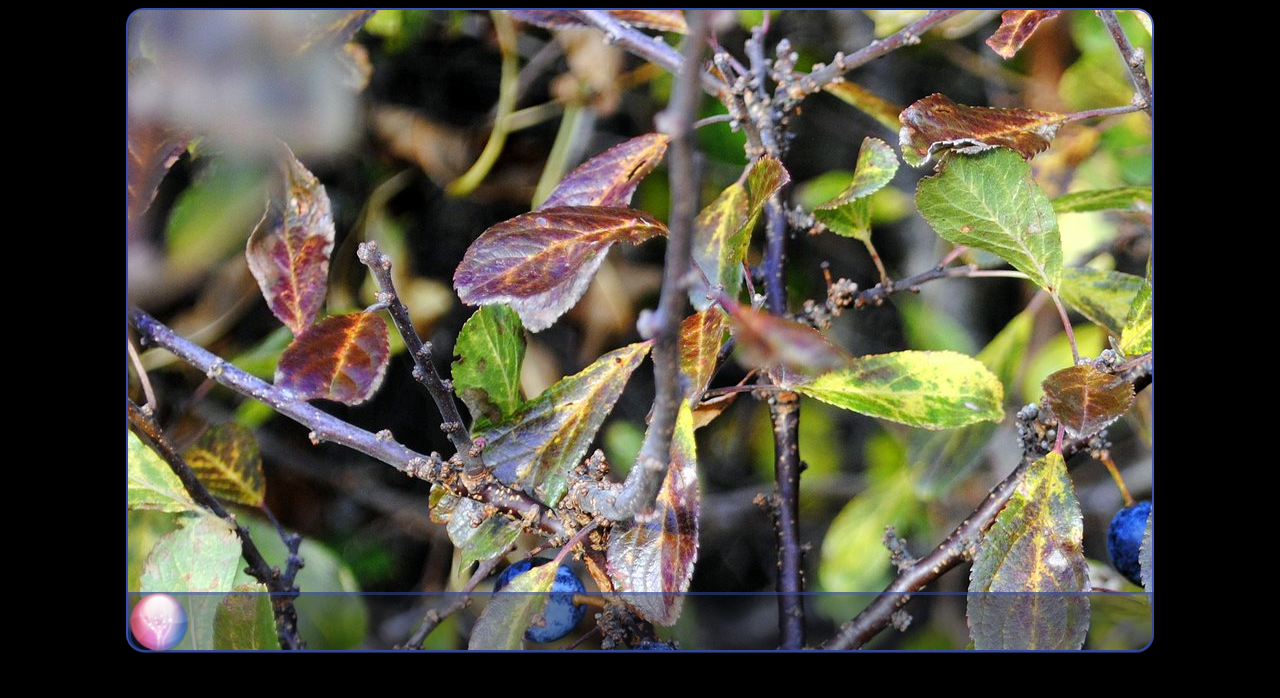
Repository: js223mx/js223mx-1dv403-laborationer
Page: 5-pwd/index.html
The author's editor kept a record of every edit. The page is drawn from the files as they stood at one moment, then again after the next edit.
The browser window is 1280 px wide. The pictures show the whole page.
The pointer rests on the first visible `.iconImg`.

Above is the page before.

### 5-pwd/index.html
<!DOCTYPE html>
<html lang="sv">
	<head>
	    <meta charset="utf-8" />
		<title>Projektuppgift</title>
		<link rel="stylesheet" href="css/style.css"/>
	</head>
	<body>
		<main id=Mymain>
		<footer id="Myfooter">
			<a class = "icon" id="menuicon" href="#" title="Välj ny bakgrund"><img class="iconImg" src="css/menuicon.png" /></a>
		</footer>
		</main>
	</body>
</html>

### 5-pwd/css/style.css
html{
  height: 100%;
}
body{
    background-color: black;
}
#Mymain{
    display: block;
    width: 1024px;
    height: 640px;
    border: 2px solid hsla(228,50%,50%,0.9);
    border-top-style: solid;
    border-right-style: solid;
    border-left-style: solid;
    border-top-right-radius: 18px;
    border-top-left-radius: 18px;
    border-bottom-right-radius: 18px;
    border-bottom-left-radius: 18px;
    background-image:url('slanbar.jpg');
    background-repeat: no-repeat;
    margin-right:auto;
    margin-left: auto;

}
#Myfooter{
    width:1020px;
    height:55px;
    margin-left:auto;
    margin-right: auto;
    margin-top: 582px;
    border: solid hsla(228,50%,50%,0.4);
    background-color:hsla(228,25%,10%,0.4);

    border-bottom-left-radius: 18px;
    border-bottom-right-radius: 18px;
    bottom:0;
    left:0;
}
.iconImg{
    margin-top: 3px;
    margin-left:3px;
   -webkit-transition:-webkit-tranform.2s ease-in-out;
}
.iconImg:hover{

    -webkit-transform: scale(1.5);
    -ms-transform: scale(1.5);
    -moz-transform: scale(1.5);
    -o-transform: scale(1.5);
    transform: scale(1.5);
    z-index: 1;
 }
 .iconImg:hover{
    -webkit-transform:scale(1.2);
 }

After the next edit:
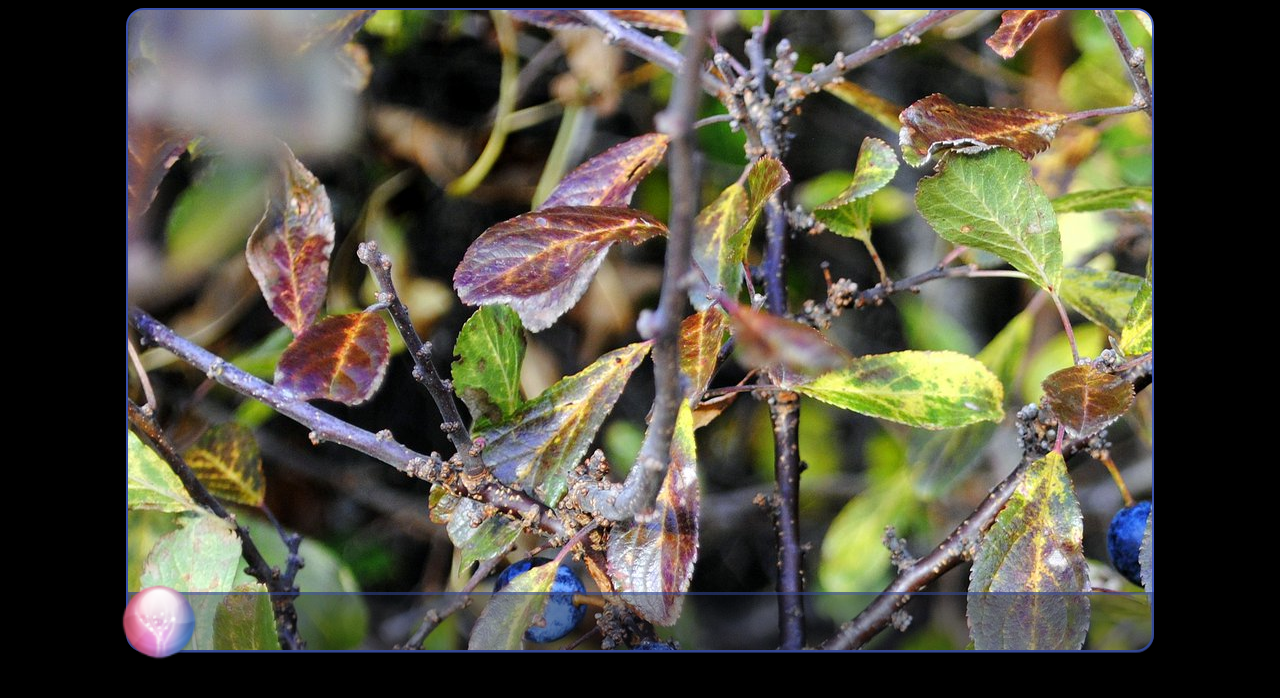
The edit:
--- a/5-pwd/css/style.css
+++ b/5-pwd/css/style.css
@@ -50,6 +50,3 @@
     transform: scale(1.5);
     z-index: 1;
  }
- .iconImg:hover{
-    -webkit-transform:scale(1.2);
- }

After the edit that followed:
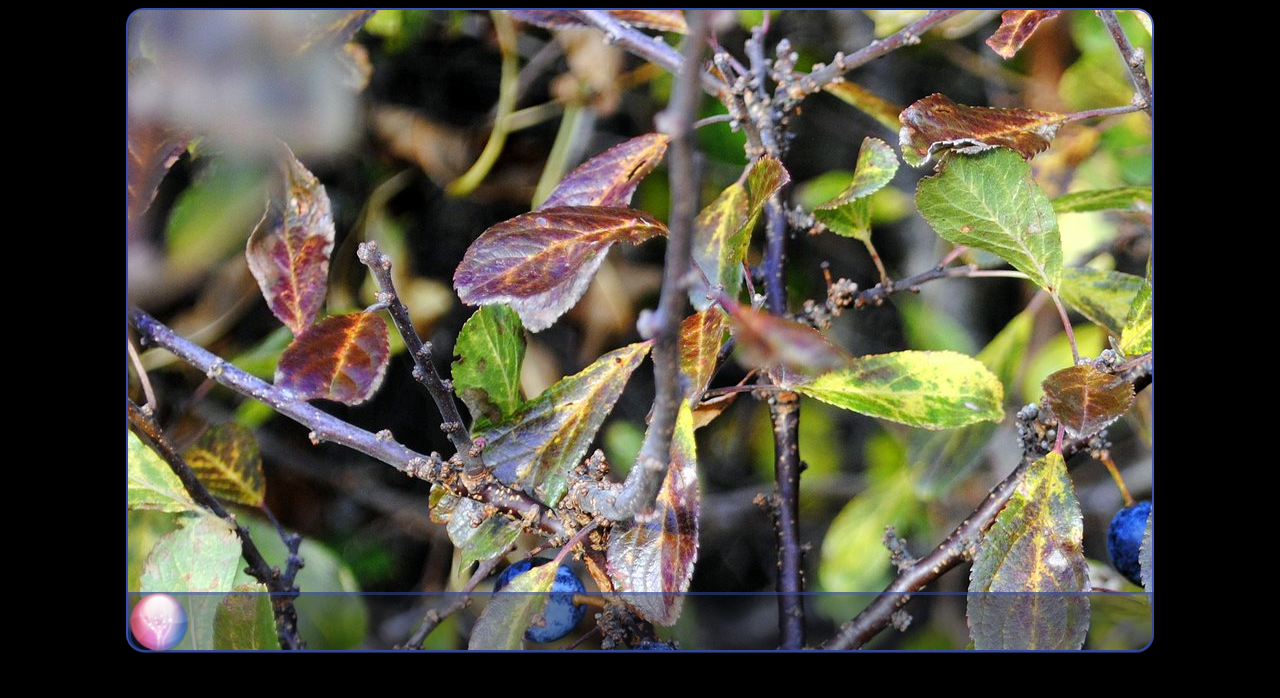
The edit:
--- a/5-pwd/css/style.css
+++ b/5-pwd/css/style.css
@@ -43,10 +43,10 @@
 }
 .iconImg:hover{
 
-    -webkit-transform: scale(1.5);
-    -ms-transform: scale(1.5);
-    -moz-transform: scale(1.5);
-    -o-transform: scale(1.5);
-    transform: scale(1.5);
-    z-index: 1;
+    -webkit-transform: scale(1.2);
+    -ms-transform: scale(1.2);
+    -moz-transform: scale(1.2);
+    -o-transform: scale(1.2);
+    transform: scale(1.2);
+
  }
